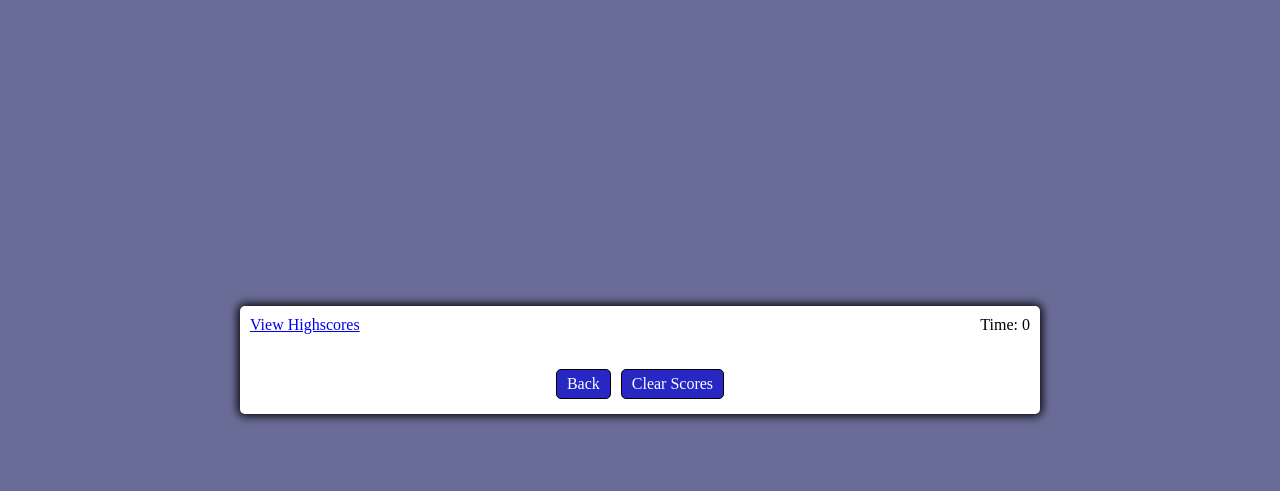
Repository: cobalt88/Code-Game-1
Page: index.html
These files come from the project's save history. The page is drawn as it stood at one moment and after the next save; the edit follows.
The browser window is 1280 px wide. The pictures show the whole page.
After loading, the first visible `#viewHighscore` was clicked once.

Above is the page before, as saved 2022-03-19 12:46:00.

After the next save:
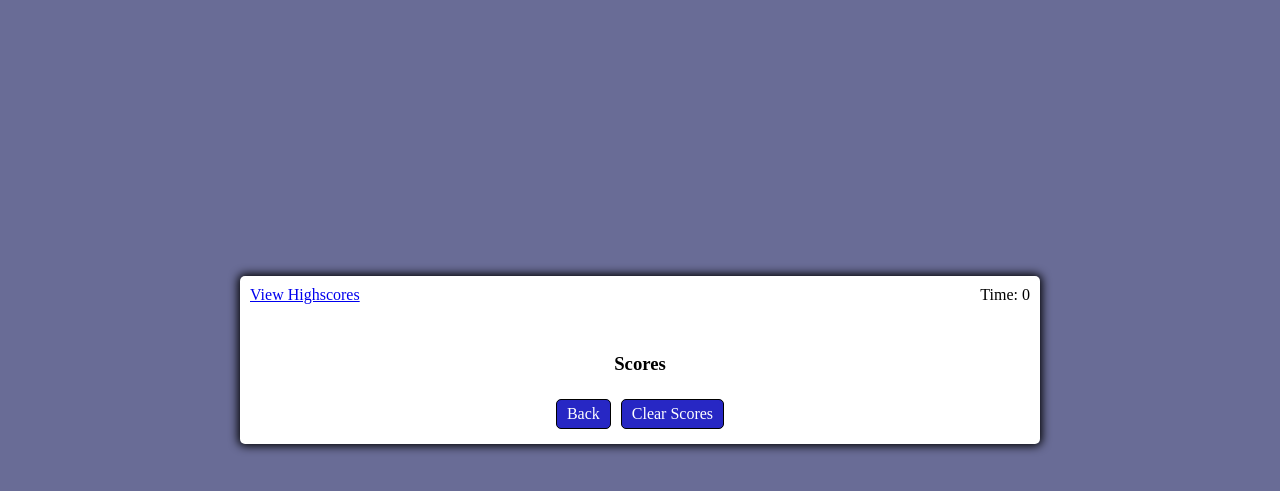
Saved 62 min 42 s later.
--- a/assets/javascript/javascript.js
+++ b/assets/javascript/javascript.js
@@ -135,11 +135,16 @@ function viewHighscores() {
     viewHighscoresElement.classList.remove('hide')
     highscoresContainerElement.classList.remove('hide')
     questionContainerElement.classList.add('hide')
-    state.element.backButton.classList.remove('hide')
-    clearButton.classList.remove('hide')
-    highscoresContainerElement.classList.add('hide')
-    finishedContainerElement.classList.add('hide')
-    subButton.classList.add('hide')
+    state.element.backButton.classList.remove('hide');
+    clearButton.classList.remove('hide');
+    finishedContainerElement.classList.add('hide');
+    subButton.classList.add('hide');
+
+    var totalScores = localStorage.getItem('yourScores') || "";
+    var scoresArray = totalScores.split("|");
+    scoresArray.forEach(userScore => {
+        console.log(userScore)
+    })
     resetState()
 
 }
@@ -157,7 +162,7 @@ function returnBackButton() {
 
 
 // ! get scores function
-subButton.addEventListener('click', viewHighscores)
+// subButton.addEventListener('click', viewHighscores)
 
 function getInitialsPage() {
     startingPageElement.classList.add('hide')
@@ -179,18 +184,23 @@ function getInitialsPage() {
 
 // !  save scores
 var scoreList = document.getElementById('scoresContainer')
-var totalScores = JSON.parse(localStorage.getItem('totalScores')) || []
-
-subButton.onclick = function () {
-    var initialsInput = document.getElementById("initials-Input").textContent;
-
-}
-
-for (i = 0; i < totalScores.length; i++) {
-    submit.document.createElement("li")
-    submit.textContent = totalScores[i].initials + " : " + totalScores[i].score
-    scoreList.appendChild(submit)
-}
+// var totalScores = JSON.parse(localStorage.getItem('totalScores')) || []
+
+subButton.onclick = function (e) {
+    e.preventDefault()
+    var initialsInput = document.getElementById("initials-Input").value
+    var totalScores = localStorage.getItem('yourScores') || "";
+
+    initialsInput += ` score: ${state.quizState.timeRemaining} |`;
+    totalScores += initialsInput;
+    localStorage.setItem("yourScores", totalScores)
+}
+
+// for (i = 0; i < totalScores.length; i++) {
+//     submit.document.createElement("li")
+//     submit.textContent = totalScores[i].initials + " : " + totalScores[i].score
+//     scoreList.appendChild(submit)
+// }
 
 function clearPage() {
     clearButton.onclick = function () {
